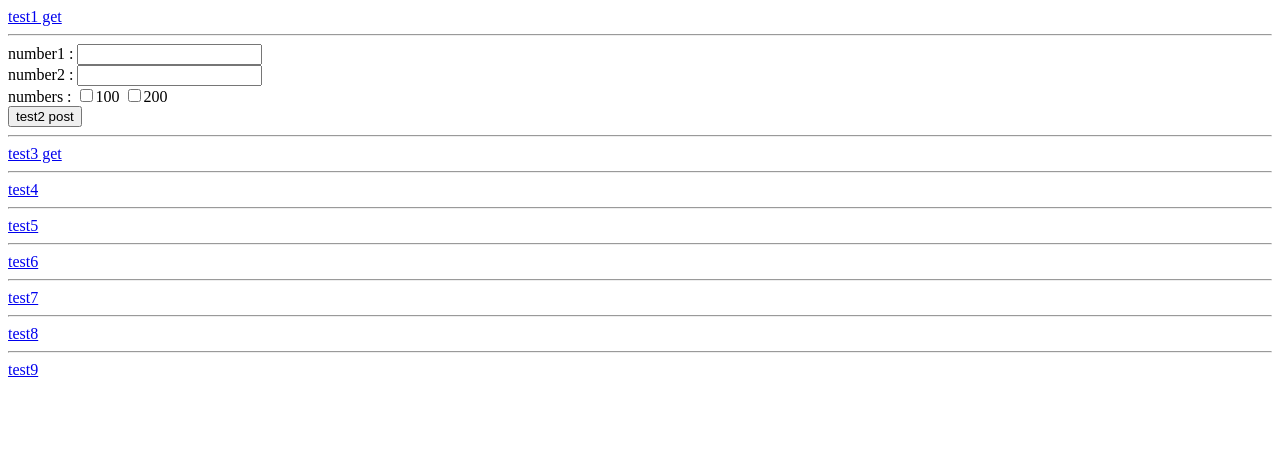
Repository: heojun0827/SpringMvc
Page: http://localhost/GetParameter/WEB-INF/views/index.jsp
An editor plug-in stored every save of this project. The page is shown before and after the next save, followed by the edit.
The browser window is 1280 px wide. The pictures show the whole page.
The page is served by Tomcat 9. Nobody is signed in. Other server files are loaded and not shown. The template is opened directly, without the code that normally fills it, so the values that code supplies are empty.

Above is the page before, as saved 2023-06-05 07:34:08.

### GetParameter/WebContent/WEB-INF/views/index.jsp
<%@ page language="java" contentType="text/html; charset=UTF-8"
    pageEncoding="UTF-8"%>
<!DOCTYPE html>
<html>
<head>
<meta charset="UTF-8">
<title>Insert title here</title>
</head>
<body>
<!-- get 방식으로 이동하면서 data 전달하기 -->
	<a href='test1?number1=100&number2=200&numbers=300&numbers=400'>test1 get</a>
	<hr>
	<form action='test2' method='post'>
		number1 : <input type='text' name='number1'/><br>
		number2 : <input type='text' name='number2'/><br>
		numbers : <input type='checkbox' name='numbers' value='100'>100
				  <input type='checkbox' name='numbers' value='200'>200<br>
		<button type='submit'>test2 post</button>
	</form>
	<hr>
	<a href='test3?number1=100&number2=200&numbers=300&numbers=400'>test3 get</a>
	<hr>
	<a href='test4/111/222/333'>test4</a>
	<hr>
	<a href='test5/111/222/333/444'>test5</a>
	<hr>
	<a href='test6?num1=11&num2=22&nums=33&nums=44'>test6</a><br>
	<hr>
	<a href='test7?num1=11&num2=22&nums=33&nums=44'>test7</a><br>
	<hr>
	<a href='test8?num1=11&num2=22&nums=33&nums=44'>test8</a><br>
	<hr>
	<a href='test9?num1=11&num2=22&nums=33&nums=44'>test9</a><br>
</body>
</html>

After the next save:
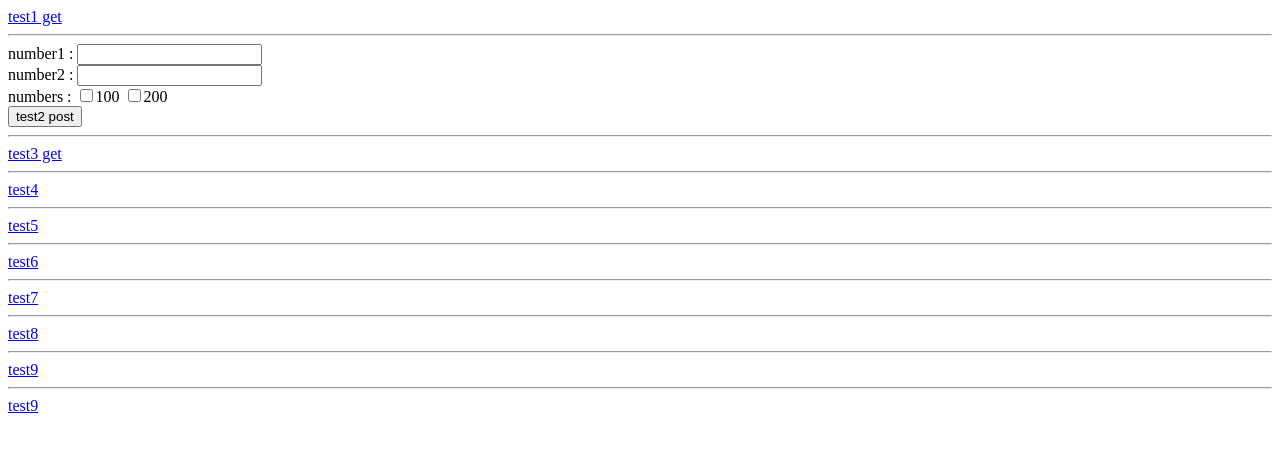
Saved 5 s later.
--- a/GetParameter/WebContent/WEB-INF/views/index.jsp
+++ b/GetParameter/WebContent/WEB-INF/views/index.jsp
@@ -31,5 +31,7 @@
 	<a href='test8?num1=11&num2=22&nums=33&nums=44'>test8</a><br>
 	<hr>
 	<a href='test9?num1=11&num2=22&nums=33&nums=44'>test9</a><br>
+	<hr>
+	<a href='test9?num1=11&num2=22&nums=33&nums=44'>test9</a><br>
 </body>
 </html>
